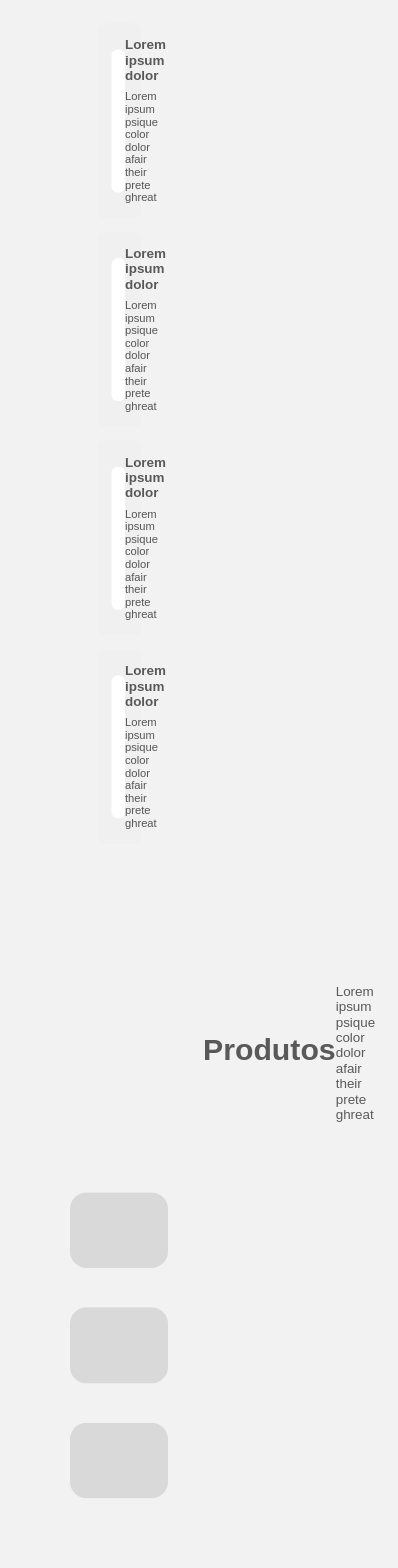
Repository: Matheus904-12/Reforma
Page: index.html
The author's editor kept a copy of each file at every save. The page is drawn from the files as they stood at one save, then again after the next save.
The browser window is 340 px wide. The page is 569 px wide, so the pictures cover 569 px, including what lies to the right of the window. The pictures show the part of the page from y = 1259 to 3499 px (the page is 3499 px tall before and 3425 px after), at 70% of full size.

Above is the page before, as saved 2024-08-01 20:20:28.

### index.html
<!DOCTYPE html>
<html lang="en">
<head>
    <meta charset="UTF-8">
    <meta name="viewport" content="width=device-width, initial-scale=1.0">
    <title>Automobil - Venda de Veículos</title>
    <link rel="stylesheet" href="styles.css">
</head>
<body>
    <header>
        <div class="navbar">
            <div class="logo">AutMobil</div>
            <nav class="nav-links">
                <a href="#home">Início</a>
                <a href="#veiculos">Veículos</a>
                <a href="#contato">Contato</a>
            </nav>
            <button class="btn">
                <span class="btn-text-one">Entrar</span>
                <span class="btn-text-two">Vamos Lá!</span>
            </button>
        </div>
    </header>
    <section class="hero">
        <img src="imagens/Rectangle 1.png" alt="Imagem de Veículos" class="hero-image">
    </section>
    <section class="servicos">
        <div class="servicos-header">
            <h2>Serviços</h2>
            <p class="description">Lorem ipsum dolor sit amet, consectetur adipiscing elit. Quisque fermentum, orci a vehicula malesuada, nunc ipsum sollicitudin est, eu tristique odio turpis vitae mi.</p>
        </div>
        <div class="cards-container">
            <div class="card">
                <div class="card-image"><img src="imagens/Rectangle 9.png" alt="Serviço 1"></div>
                <div class="card-content">
                    <h3>Lorem ipsum dolor</h3>
                    <p>Lorem ipsum psique color dolor afair their prete ghreat</p>
                </div>
            </div>
            <div class="card">
                <div class="card-image"><img src="imagens/Rectangle 9.png" alt="Serviço 2"></div>
                <div class="card-content">
                    <h3>Lorem ipsum dolor</h3>
                    <p>Lorem ipsum psique color dolor afair their prete ghreat</p>
                </div>
            </div>
            <div class="card">
                <div class="card-image"><img src="imagens/Rectangle 9.png" alt="Serviço 3"></div>
                <div class="card-content">
                    <h3>Lorem ipsum dolor</h3>
                    <p>Lorem ipsum psique color dolor afair their prete ghreat</p>
                </div>
            </div>
            <div class="card">
                <div class="card-image"><img src="imagens/Rectangle 9.png" alt="Serviço 4"></div>
                <div class="card-content">
                    <h3>Lorem ipsum dolor</h3>
                    <p>Lorem ipsum psique color dolor afair their prete ghreat</p>
                </div>
            </div>
        </div>
    </section>
    <section class="servicos">
        <div class="produtos-header">
            <h2>Produtos</h2>
            <p class="description2">Lorem ipsum psique color dolor afair their prete ghreat</p>
        </div>
        <div class="produto">
            <div class="card__container">
               <article class="card__article">
                  <img src="imagens/Rectangle 11.png" alt="image" class="card__img">

                  <div class="card__data">
                     <span class="card__description">Vancouver Mountains, Canada</span>
                     <h2 class="card__title">The Great Path</h2>
                     <a href="#" class="card__button">Read More</a>
                  </div>
               </article>

               <article class="card__article">
                  <img src="imagens/Rectangle 11.png" alt="image" class="card__img">

                  <div class="card__data">
                     <span class="card__description">Poon Hill, Nepal</span>
                     <h2 class="card__title">Starry Night</h2>
                     <a href="#" class="card__button">Read More</a>
                  </div>
               </article>

               <article class="card__article">
                  <img src="imagens/Rectangle 11.png" alt="image" class="card__img">

                  <div class="card__data">
                     <span class="card__description">Bojcin Forest, Serbia</span>
                     <h2 class="card__title">Path Of Peace</h2>
                     <a href="#" class="card__button">Read More</a>
                  </div>
               </article>
            </div>
         </div>
    </section>
</body>
</html>

### styles.css
body {
    margin: 0;
    font-family: Arial, sans-serif;
}

header {
    position: relative;
    width: 100%;
}

.navbar {
    display: flex;
    justify-content: center;
    align-items: center;
    padding: 20px 50px;
    background: rgba(255, 255, 255, 0.5);
    border-radius: 25px;
    backdrop-filter: blur(10px);
    transition: all 0.3s ease-in-out;
    margin: 20px 50px;
    position: relative;
}

.navbar.scrolled {
    background: rgba(255, 255, 255, 0.8);
    backdrop-filter: blur(15px);
}

.logo {
    position: absolute;
    left: 50px;
    font-size: 1.5em;
    color: #333;
    font-weight: bold;
}

.nav-links {
    list-style: none;
    display: flex;
    gap: 20px;
}

.nav-links a {
    text-decoration: none;
    color: #333;
    padding: 10px 15px;
    border-radius: 15px;
    transition: background 0.3s, color 0.3s;
}

.nav-links a:hover {
    background: #333;
    color: #fff;
}

.btn {
    width: 140px;
    height: 50px;
    background: linear-gradient(to top, #000000, #272727, #6d6d6d);
    color: #fff;
    border-radius: 50px;
    border: none;
    outline: none;
    cursor: pointer;
    position: relative;
    box-shadow: 0 15px 30px rgba(0, 0, 0, 0.2);
    overflow: hidden;
    position: absolute;
    right: 50px;
    text-decoration: none; /* Para remover o sublinhado do link */
    display: flex;
    justify-content: center;
    align-items: center;
}

.btn span {
    font-size: 12px;
    text-transform: uppercase;
    letter-spacing: 1px;
    transition: top 0.5s;
}

.btn-text-one {
    position: absolute;
    width: 100%;
    top: 50%;
    left: 0;
    transform: translateY(-50%);
}

.btn-text-two {
    position: absolute;
    width: 100%;
    top: 150%;
    left: 0;
    transform: translateY(-50%);
}

.btn:hover .btn-text-one {
    top: -100%;
}

.btn:hover .btn-text-two {
    top: 50%;
}

.btn:active {
    transform: translateY(1px); /* Efeito de afundar ao clicar */
}

.hero {
    position: relative;
    width: 100%;
    height: 600px; /* Ajuste a altura conforme necessário */
    overflow: hidden;
    display: flex;
    justify-content: center;
    align-items: center;
}

.hero-image {
    width: 94%;
    height: auto;
    object-fit: cover;
}

.servicos {
    padding: 100px;
}

.servicos-header {
    display: flex;
    justify-content: space-between;
    align-items: center;
    margin-bottom: 100px;
}

.produtos-header {
    display: flex;
    justify-content: space-between;
    align-items: center;
    margin-bottom: 100px;
}

.servicos h2 {
    font-size: 2.7em;
    margin: 0 0 10px 0; /* Ajuste a margem inferior para aproximar do parágrafo */
    margin-left: 190px;
}

.description {
    font-size: 1.2em;
    max-width: 600px;
    margin: 0;
    margin-right: 190px;
}
.description2 {
    font-size: 1.2em;
    max-width: 600px;
    margin: 0;
    margin-right: 320px;
}

.cards-container {
    display: flex;
    flex-wrap: wrap;
    justify-content: center;
    gap: 20px;
}

.card {
    display: flex;
    align-items: center;
    background-color: #f0f0f0;
    padding: 20px;
    border-radius: 10px;
    width: 45%;
}

.card-image img {
    width: 257px;
    height: 205px;
    border-radius: 10px;
    margin-right: 20px;
}

.card-content {
    text-align: left;
}

.card-content h3 {
    margin: 0 0 10px 0;
    font-size: 1.2em;
}

.card-content p {
    margin: 0;
    color: #555;
}

/*=============== GOOGLE FONTS ===============*/
@import url("https://fonts.googleapis.com/css2?family=Poppins:wght@400;500&display=swap");

/*=============== VARIABLES CSS ===============*/
:root {
  /*========== Colors ==========*/
  /*Color mode HSL(hue, saturation, lightness)*/
  --first-color: hsl(82, 60%, 28%);
  --title-color: hsl(0, 0%, 15%);
  --text-color: hsl(0, 0%, 35%);
  --body-color: hsl(0, 0%, 95%);
  --container-color: hsl(0, 0%, 100%);

  /*========== Font and typography ==========*/
  /*.5rem = 8px | 1rem = 16px ...*/
  --body-font: "Poppins", sans-serif;
  --h2-font-size: 1.25rem;
  --small-font-size: .813rem;
}

/*========== Responsive typography ==========*/
@media screen and (min-width: 1120px) {
  :root {
    --h2-font-size: 1.5rem;
    --small-font-size: .875rem;
  }
}

/*=============== BASE ===============*/
* {
  box-sizing: border-box;
  padding: 0;
  margin: 0;
}

body {
  font-family: var(--body-font);
  background-color: var(--body-color);
  color: var(--text-color);
}

img {
  display: block;
  max-width: 100%;
  height: auto;
}

/*=============== CARD ===============*/
.container {
  display: grid;
  place-items: center;
  margin-inline: 1.5rem;
  padding-block: 5rem;
}

.card__container {
  display: grid;
  row-gap: 3.5rem;
}

.card__article {
  position: relative;
  overflow: hidden;
}

.card__img {
  width: 328px;
  border-radius: 1.5rem;
}

.card__data {
  width: 280px;
  background-color: var(--container-color);
  padding: 1.5rem 2rem;
  box-shadow: 0 8px 24px hsla(0, 0%, 0%, .15);
  border-radius: 1rem;
  position: absolute;
  bottom: -9rem;
  left: 0;
  right: 0;
  margin-inline: auto;
  opacity: 0;
  transition: opacity 1s 1s;
}

.card__description {
  display: block;
  font-size: var(--small-font-size);
  margin-bottom: .25rem;
}

.card__title {
  font-size: var(--h2-font-size);
  font-weight: 500;
  color: var(--title-color);
  margin-bottom: .75rem;
}

.card__button {
  text-decoration: none;
  font-size: var(--small-font-size);
  font-weight: 500;
  color: var(--first-color);
}

.card__button:hover {
  text-decoration: underline;
}

/* Naming animations in hover */
.card__article:hover .card__data {
  animation: show-data 1s forwards;
  opacity: 1;
  transition: opacity .3s;
}

.card__article:hover {
  animation: remove-overflow 2s forwards;
}

.card__article:not(:hover) {
  animation: show-overflow 2s forwards;
}

.card__article:not(:hover) .card__data {
  animation: remove-data 1s forwards;
}

/* Card animation */
@keyframes show-data {
  50% {
    transform: translateY(-10rem);
  }
  100% {
    transform: translateY(-7rem);
  }
}

@keyframes remove-overflow {
  to {
    overflow: initial;
  }
}

@keyframes remove-data {
  0% {
    transform: translateY(-7rem);
  }
  50% {
    transform: translateY(-10rem);
  }
  100% {
    transform: translateY(.5rem);
  }
}

@keyframes show-overflow {
  0% {
    overflow: initial;
    pointer-events: none;
  }
  50% {
    overflow: hidden;
  }
}

/*=============== BREAKPOINTS ===============*/
/* For small devices */
@media screen and (max-width: 340px) {
  .container {
    margin-inline: 1rem;
  }

  .card__data {
    width: 250px;
    padding: 1rem;
  }
}

/* For medium devices */
@media screen and (min-width: 768px) {
  .card__container {
    grid-template-columns: repeat(2, 1fr);
    column-gap: 1.5rem;
  }
}

/* For large devices */
@media screen and (min-width: 1120px) {
  .container {
    height: 100vh;
  }

  .card__container {
    grid-template-columns: repeat(3, 1fr);
  }
  .card__img {
    width: 348px;
  }
  .card__data {
    width: 316px;
    padding-inline: 2.5rem;
  }
}

After the next save:
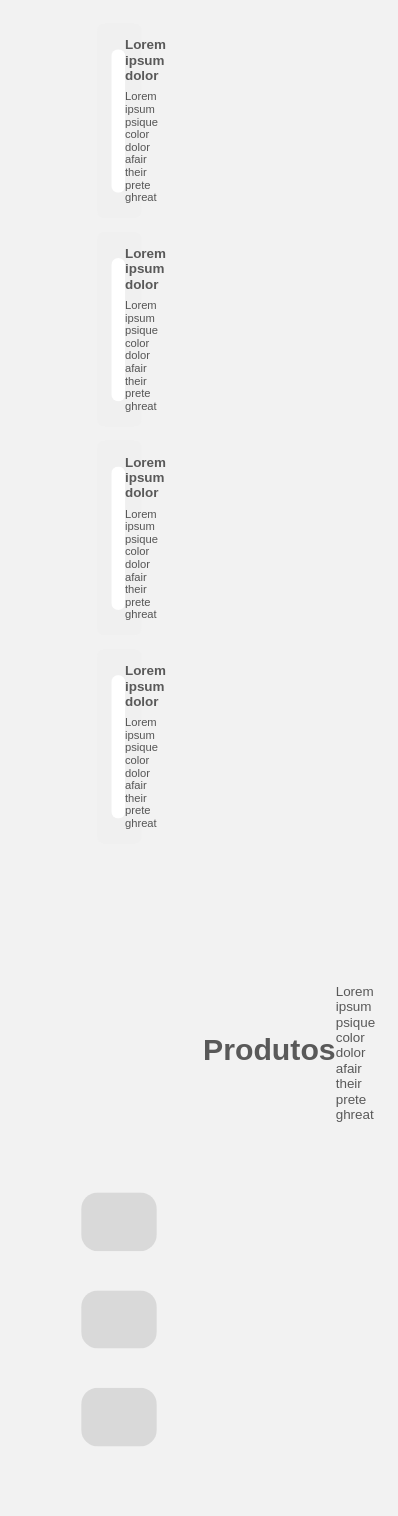
Saved 11 s later.
--- a/styles.css
+++ b/styles.css
@@ -367,7 +367,7 @@ img {
 /*=============== BREAKPOINTS ===============*/
 /* For small devices */
 @media screen and (max-width: 340px) {
-  .container {
+  .produto {
     margin-inline: 1rem;
   }
 
